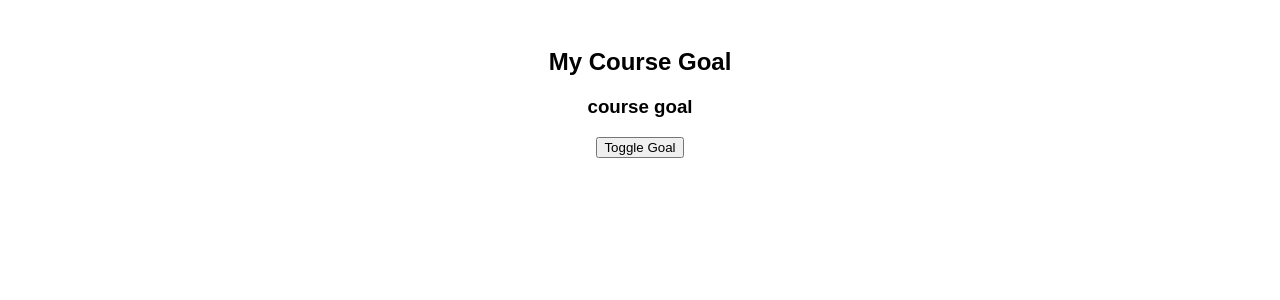
Repository: hanysaadeldeen/Learn-Vue_with_Maximilian
Page: / (app in 18-composition-api/problem-one/)
The author's editor kept a copy of each file at every save. The page is drawn from the files as they stood at one save, then again after the next save.
The browser window is 1280 px wide. The pictures show the whole page.
The project was rebuilt for these pictures with package versions that can differ from the ones it lists, and the page was loaded fresh each time.

Above is the page before, as saved 2024-02-05 12:41:10.

After the next save:
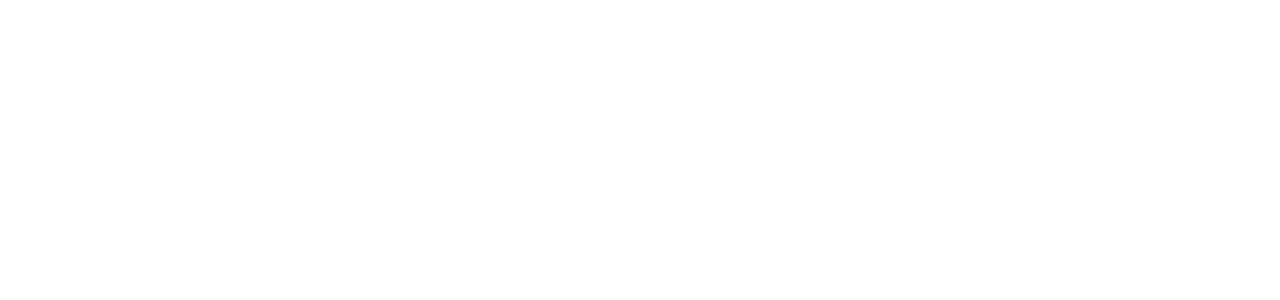
Console error: ReferenceError: ref is not defined
Saved 42 s later.
--- a/18-composition-api/problem-one/src/App.vue
+++ b/18-composition-api/problem-one/src/App.vue
@@ -13,11 +13,11 @@
 </template>
 
 <script>
-import { ref } from 'vue';
+import { reactive } from 'vue';
 export default {
   setup() {
     // const goal = ref('course goal');
-    const goal = ref({
+    const goal = reactive({
       outPut: 'course goal',
     });
     const isHide = ref(false);

After the 2 saves that followed:
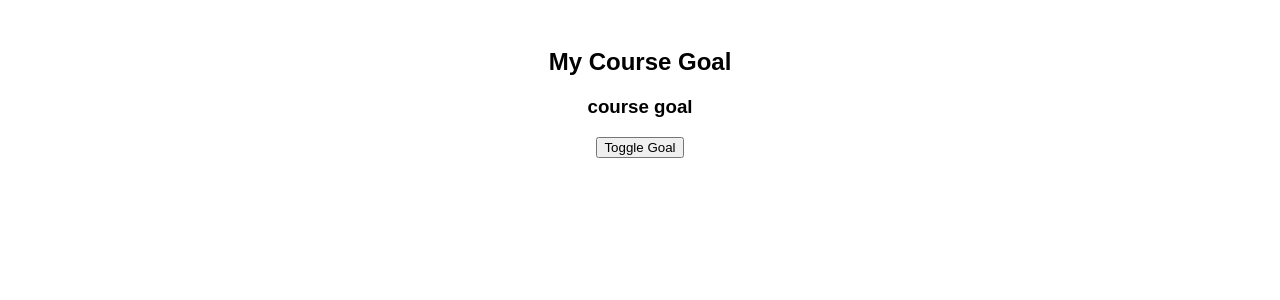
The error is gone.
The 2 saves are shown as one change because 1 left the picture as it was.
The last was saved 50 s later.
--- a/18-composition-api/problem-one/src/App.vue
+++ b/18-composition-api/problem-one/src/App.vue
@@ -13,11 +13,11 @@
 </template>
 
 <script>
-import { reactive } from 'vue';
+import { ref } from 'vue';
 export default {
   setup() {
     // const goal = ref('course goal');
-    const goal = reactive({
+    const goal = ref({
       outPut: 'course goal',
     });
     const isHide = ref(false);
